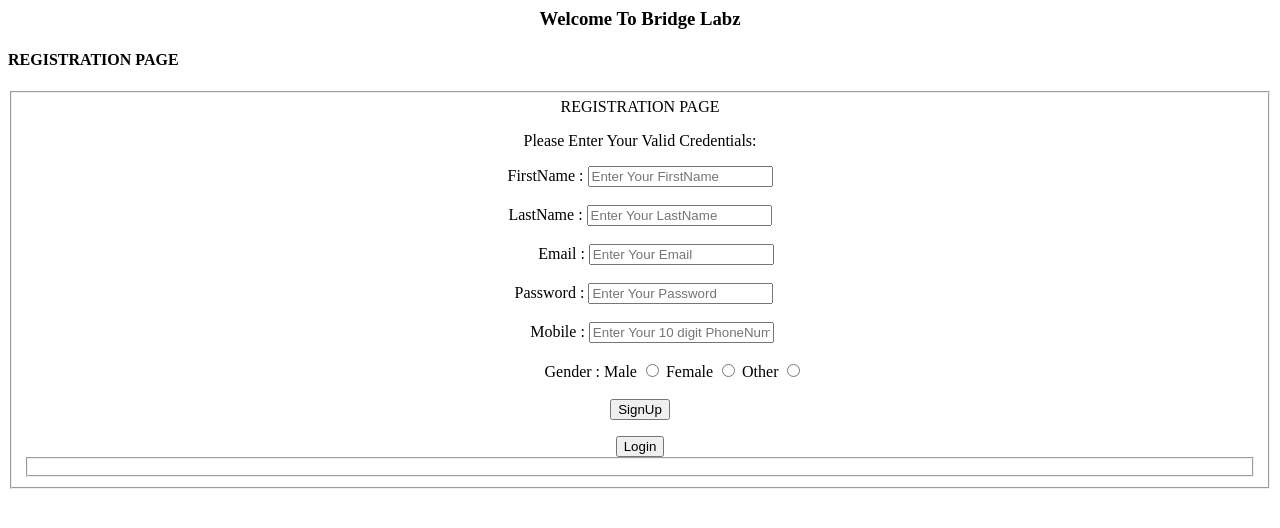
Repository: msibgathulla9980/Servlet
Page: ServletJdbcApp/WebContent/Registration.html
The author's editor kept a copy of each file at every save. The page is drawn from the files as they stood at one save, then again after the next save.
The browser window is 1280 px wide. The pictures show the whole page.

Above is the page before, as saved 2019-01-24 05:00:54.

### ServletJdbcApp/WebContent/Registration.html
<html>
<head>
<h3><b><center>Welcome To Bridge Labz</center></b></h3>
<h4><b>REGISTRATION PAGE</b></h4>
</head>
<title>BridgeLabz Registration</title>
<body>
<fieldset>
<center>
<form action="Register" method="post">
<legend>REGISTRATION PAGE</legend>
<center><p>Please Enter Your Valid Credentials: </p></center>
FirstName : <input type="text" name="firstName" placeholder="Enter Your FirstName" required/><br><br>
LastName : <input type="text" name="lastName" placeholder="Enter Your LastName" required/><br><br>
&nbsp;&nbsp;&nbsp;&nbsp;&nbsp;&nbsp;&nbsp;&nbsp;Email : <input type="email" name="email" placeholder="Enter Your Email" required/><br><br>
&nbsp;&nbsp;Password : <input type="password" name="password" placeholder="Enter Your Password" required/><br><br>
&nbsp;&nbsp;&nbsp;&nbsp;&nbsp;&nbsp;Mobile   : <input type="text" name="phoneNumber" placeholder="Enter Your 10 digit PhoneNumber" required/><br><br>
&nbsp;&nbsp;&nbsp;&nbsp;&nbsp;&nbsp;&nbsp;&nbsp;&nbsp;&nbsp;&nbsp;&nbsp;&nbsp;&nbsp;&nbsp;&nbsp;&nbsp;Gender   :
<label for="male">Male</label>
  <input type="radio" name="gender" id="male" value="male" >
  <label for="female">Female</label>
 <input type="radio" name="gender" id="female" value="female" >
  <label for="other">Other</label>
 <input type="radio" name="gender" id="other" value="other" ><br><br>
<input type="submit" name="submit" value="SignUp"/>
</form>
<a href=login.html ><input type="submit" value="Login"/></a>
</center>
<fieldset>
</body>
</html>

After the next save:
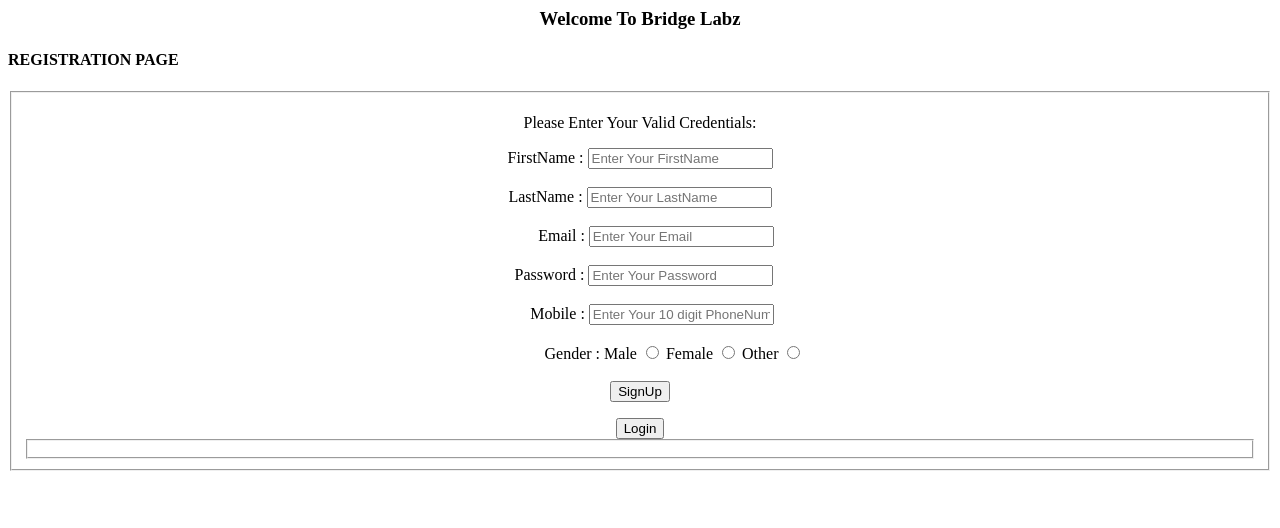
Saved 4 s later.
--- a/ServletJdbcApp/WebContent/Registration.html
+++ b/ServletJdbcApp/WebContent/Registration.html
@@ -8,7 +8,6 @@
 <fieldset>
 <center>
 <form action="Register" method="post">
-<legend>REGISTRATION PAGE</legend>
 <center><p>Please Enter Your Valid Credentials: </p></center>
 FirstName : <input type="text" name="firstName" placeholder="Enter Your FirstName" required/><br><br>
 LastName : <input type="text" name="lastName" placeholder="Enter Your LastName" required/><br><br>
